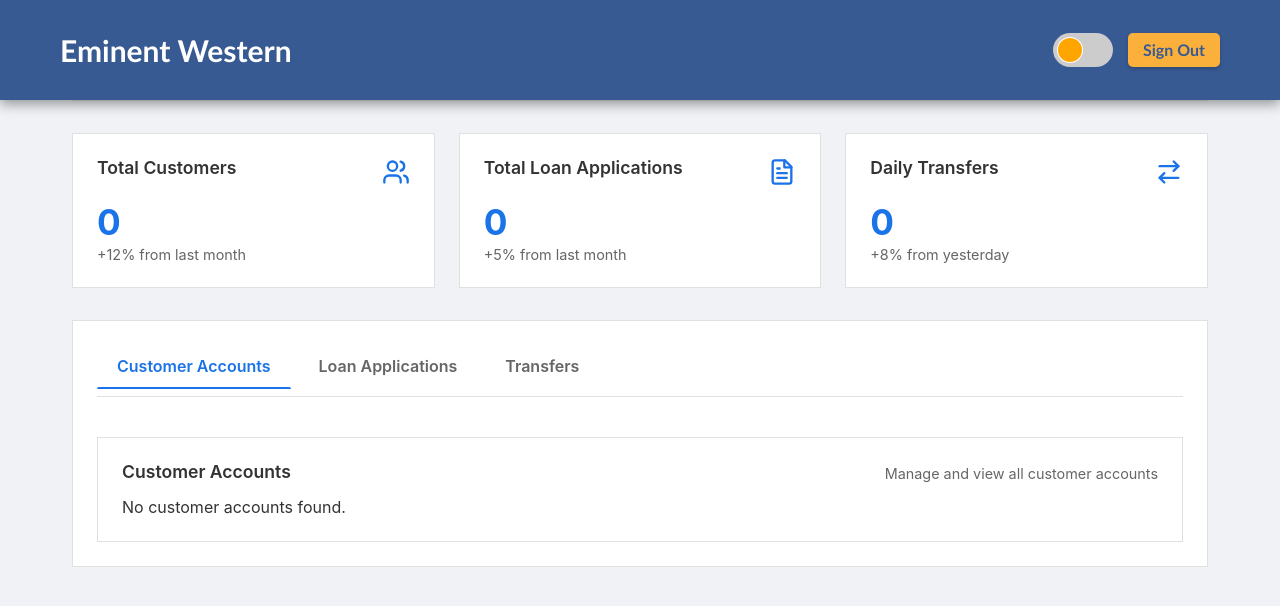
Repository: Kong-fish/FYP_repo
Page: /admin-dashboard (app in fyp_web/)
An editor plug-in stored every save of this project. The page is shown before and after the next save, followed by the edit.
The browser window is 1280 px wide. The pictures show the whole page.
The page's requests for data from a server got no answer. The project was rebuilt for these pictures with package versions that can differ from the ones it lists, and the page was loaded fresh each time. No one was signed in, and anything a server would have sent is missing. Also part of the build but not shown: fyp_web/src/Landing/Landing.tsx, fyp_web/src/Landing/Register.tsx, fyp_web/src/Landing/Login.tsx, fyp_web/src/Landing/Forgot_Password.tsx, fyp_web/src/Cust_Function/Cust_Pass_Ver.tsx, fyp_web/src/Dashboard/Customer_Dashboard.tsx, fyp_web/src/Admin_Function/ReviewLoan.tsx, fyp_web/src/Admin_Function/Admin_View_Cus_Acc.tsx and 13 more.

Above is the page before, as saved 2025-06-27 14:32:28.

After the next save:
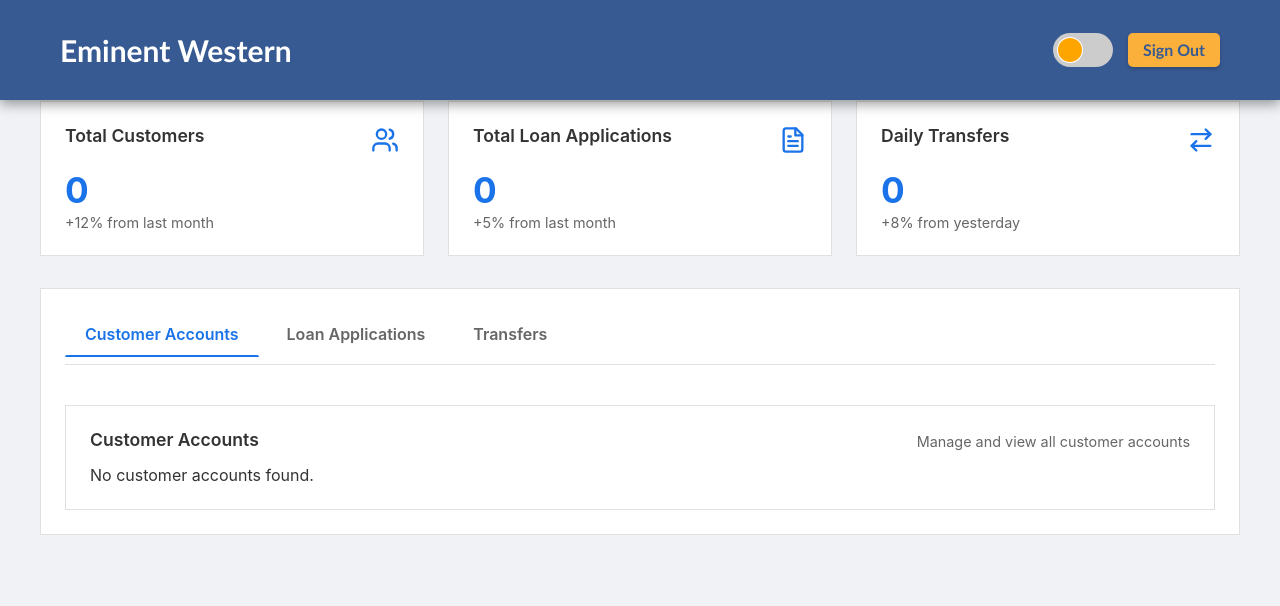
Saved 9 min 0 s later.
--- a/fyp_web/src/Dashboard/AdminDashboard.css
+++ b/fyp_web/src/Dashboard/AdminDashboard.css
@@ -49,7 +49,6 @@
 /* Main Content Area */
 .admin-smt-main-content {
     flex-grow: 1;
-    padding: 2rem;
     max-width: 1200px;
     margin: 0 auto;
     width: 100%;
